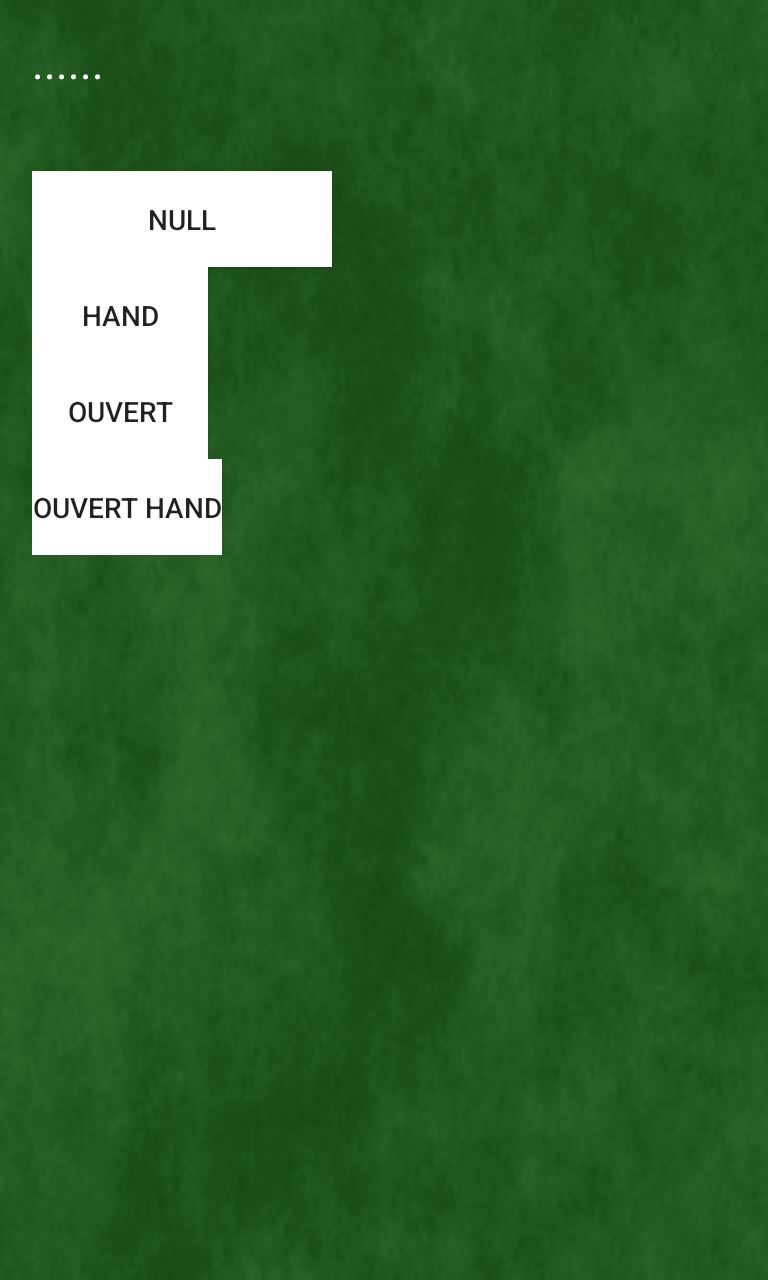
Repository: razinanu/InSy-Skat
Layout: InSy-Skat/res/layout/fragment_null_s.xml
These files come from the project's save history. The layout is drawn as it stood at one moment and after the next save; the edit follows.
It is drawn on a 768 x 1280 px phone screen (xhdpi) without system bars, with theme AppThemeWithoutActionBarTitle; the app's code is not run.

Above is the layout before, as saved 2014-06-21 19:07:01.

After the next save:
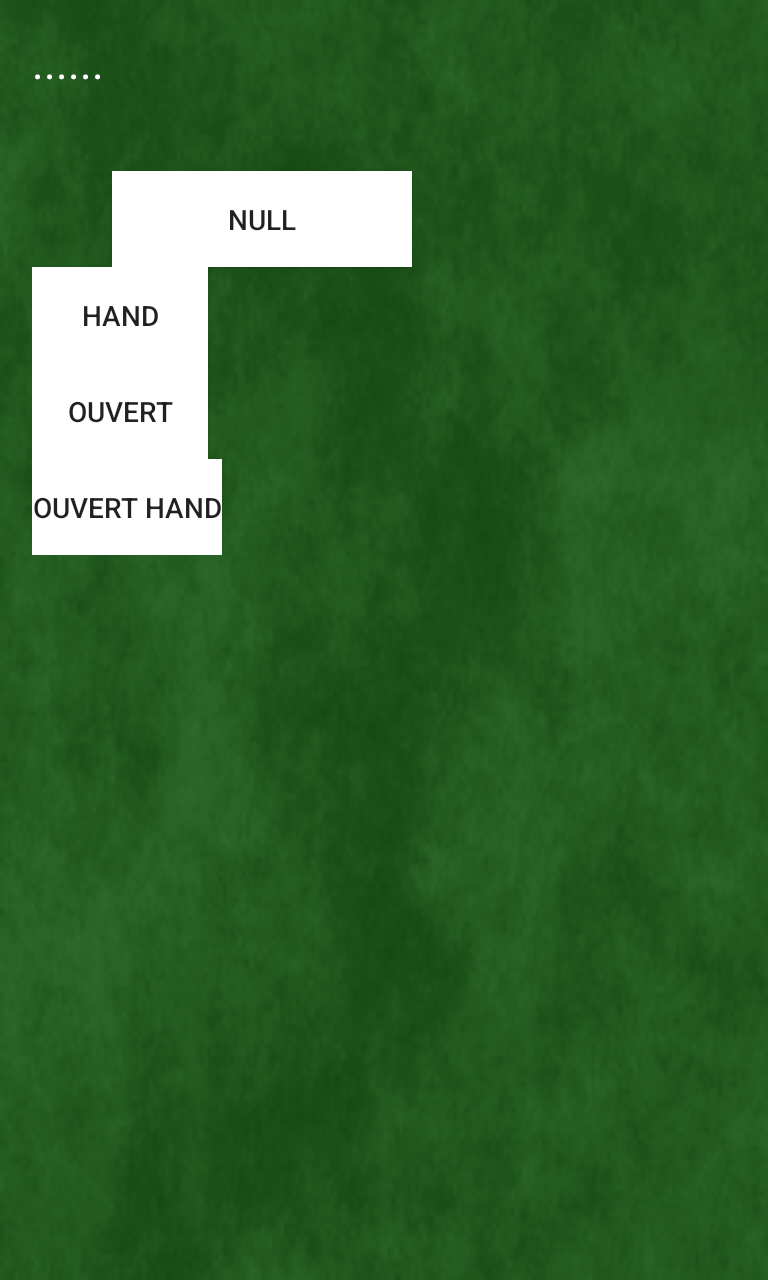
Saved 31 s later.
--- a/InSy-Skat/res/layout/fragment_null_s.xml
+++ b/InSy-Skat/res/layout/fragment_null_s.xml
@@ -30,6 +30,7 @@
                 android:text="@string/nullString"
                 android:gravity="center"
                 android:layout_marginTop="40dp"
+                android:layout_marginLeft="40dp"
                 android:background="#ffffff" />
 
              <Button
